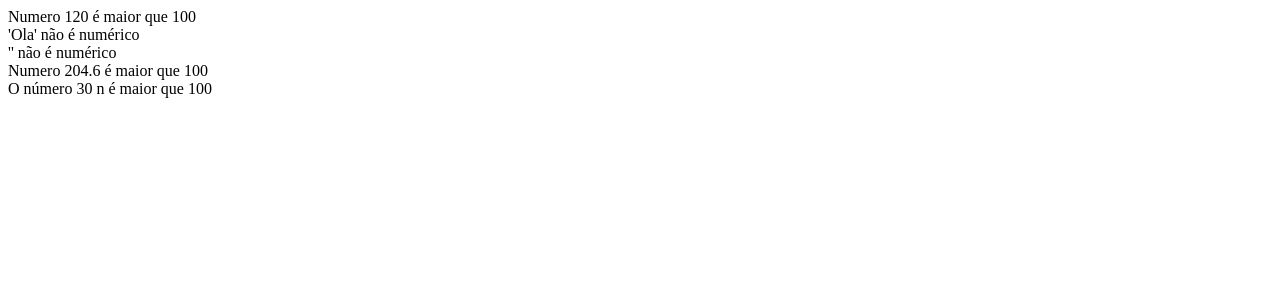
Repository: YuriSarmanho/PHPcourse
Page: http://localhost/6_estruturaControle/9_exercicio25/index.php
An editor plug-in stored every save of this project. The page is shown before and after the next save, followed by the edit.
The browser window is 1280 px wide. The pictures show the whole page.
The page is run by PHP 8.4 with error messages shown; the project is at /var/www/html/.

Above is the page before, as saved 2022-08-06 21:24:00.

After the next save:
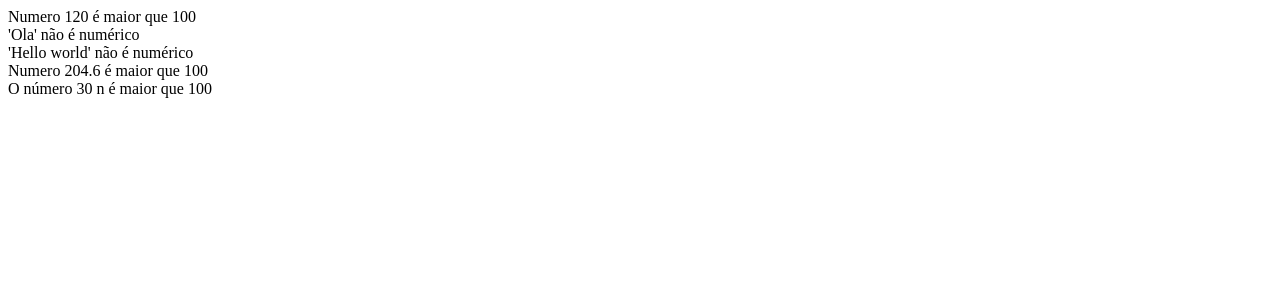
Saved 4 s later.
--- a/6_estruturaControle/9_exercicio25/index.php
+++ b/6_estruturaControle/9_exercicio25/index.php
@@ -18,6 +18,6 @@ function isHighThen100($var)
 
 isHighThen100(60);
 isHighThen100("Ola");
-isHighThen100("");
+isHighThen100("Hello world");
 isHighThen100(102.3);
 isHighThen100(15);
